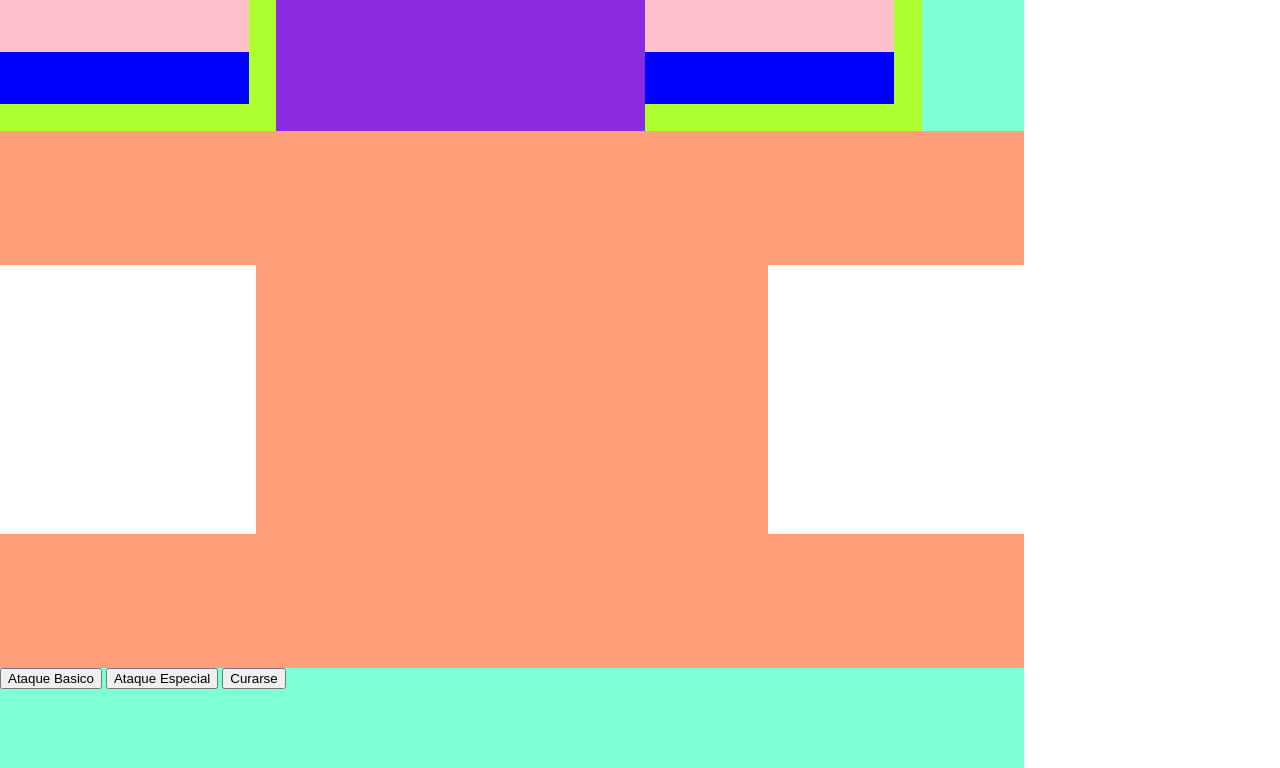
Repository: NovaDuel/novaduel-game
Page: index.html
These files come from the project's save history. The page is drawn as it stood at one moment and after the next save; the edit follows.
The browser window is 1280 px wide. The pictures show the whole page.

Above is the page before, as saved 2024-03-25 09:53:29.

### index.html
<!DOCTYPE html>
<html lang="en">
<head>
    <meta charset="UTF-8">
    <meta name="viewport" content="width=device-width, initial-scale=1.0">
    <link rel="stylesheet" href="style.css">
    <script src="main.js" defer></script>
    <title>NovaDuel</title>
</head>
<body>
    <div id="main-container">
        <div id="status">
            <div class="bars-wrapper">
                <div id="health-player" class="health"></div>
                <div id="stamina-player" class="stamina"></div>
            </div>
            <div class="bars-wrapper">
                <div id="health-enemy" class="health"></div>
                <div id="stamina-enemy" class="stamina"></div>
            </div>
        </div>
        <div id="characters">
            <div id="player" class="pj"></div>
            <div id="enemy" class="pj"></div>
        </div>
        <div id="actions">
            <div>
                <button>Ataque Basico</button>
                <button>Ataque Especial</button>
                <button>Curarse</button>
            </div>
        </div>
    </div>
</body>
</html>

### style.css
body {
    margin: 0;
    padding: 0;
}

#main-container {
    width: 1024px;
    height: 768px;
    background-color: aquamarine;;
}

#status {
    display: flex;
    justify-content: space-between;
    width: 90%;
    height: 17%;
    background-color:blueviolet
}

.bars-wrapper {
    width: 30%;
    height: 100%;
    background-color: greenyellow;
}

.health {
    width: 90%;
    height: 40%;
    background-color: pink;
}

.stamina {
    width: 90%;
    height: 40%;
    background-color: blue
}

#characters {
    display: flex;
    align-items: center;
    justify-content: space-between;
    width: 100%;
    height: 70%;
    background-color: lightsalmon;
}

.pj {
    height: 50%;
    width: 25%;
    background-color: white;
}

Loaded but not shown: main.js (no copy from this time; the picture is the same without it)

After the next save:
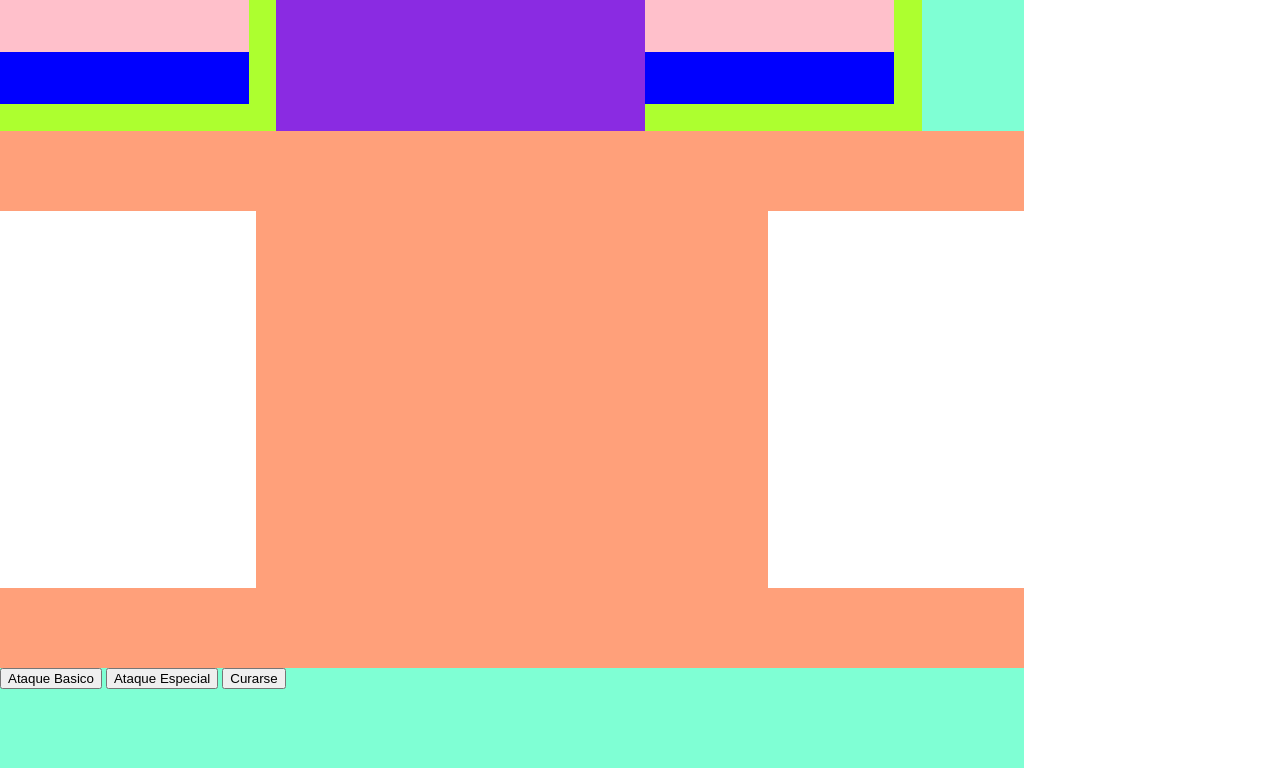
Saved 11 s later.
--- a/style.css
+++ b/style.css
@@ -45,7 +45,7 @@ body {
 }
 
 .pj {
-    height: 50%;
+    height: 70%;
     width: 25%;
     background-color: white;
 }
